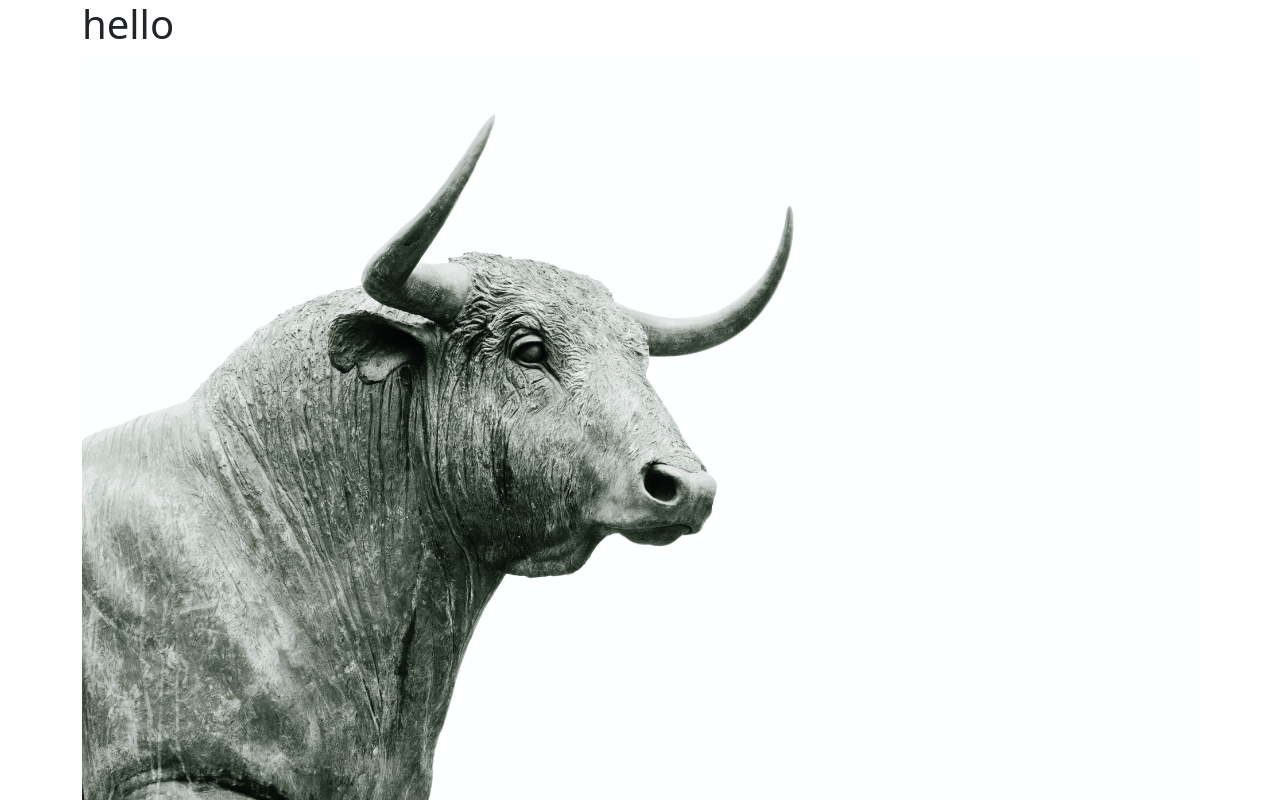
Repository: jmokate/stock-trading-app
Page: /
An editor plug-in stored every save of this project. The page is shown before and after the next save, followed by the edit.
The browser window is 1280 px wide. The pictures show the whole page.
The project was rebuilt for these pictures with package versions that can differ from the ones it lists, and the page was loaded fresh each time. Also part of the build but not shown: src/App.css.

Above is the page before, as saved 2021-09-14 17:32:34.

### src/App.js
import './App.css';
import SplashPage from './SplashPage.js';

function App() {
  return (
    <div>
      <SplashPage />
    </div>
  );
}

export default App;

### src/SplashPage.js
import React from "react";
import './App.css';
import 'bootstrap/dist/css/bootstrap.min.css';
import {Container} from 'react-bootstrap';
import bull from "./images/bull.jpg";


function SplashPage() {
  return (
    <div>
      <Container>
          <h1>hello</h1>
          <img src={bull} alt="bull" class="img-fluid" />
      </Container>

    </div>
  )
}

export default SplashPage

Loaded but not shown: public/index.html (common file); src/index.js (common file); src/index.css (common file); src/reportWebVitals.js (common file)

After the next save:
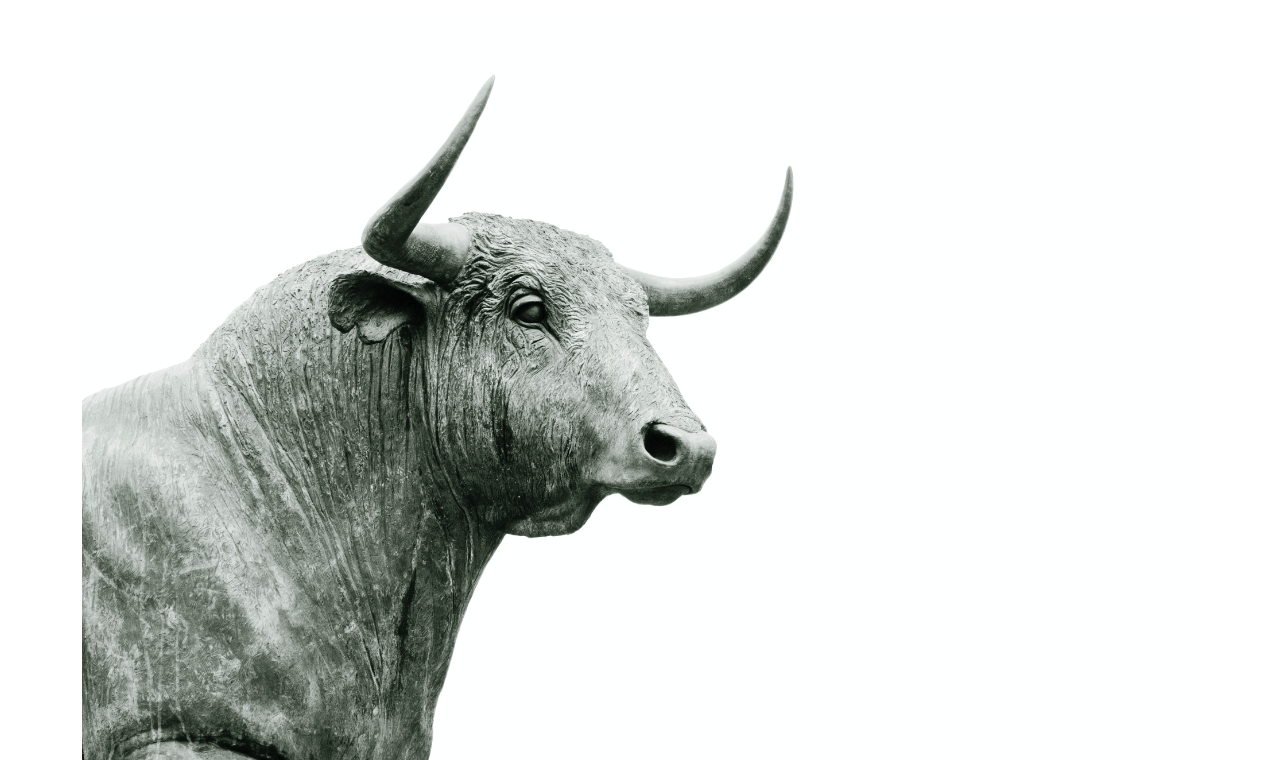
Saved 106 s later.
--- a/src/SplashPage.js
+++ b/src/SplashPage.js
@@ -9,7 +9,7 @@
   return (
     <div>
       <Container>
-          <h1>hello</h1>
+          <figure class="position-relative"></figure>
           <img src={bull} alt="bull" class="img-fluid" />
       </Container>
 
